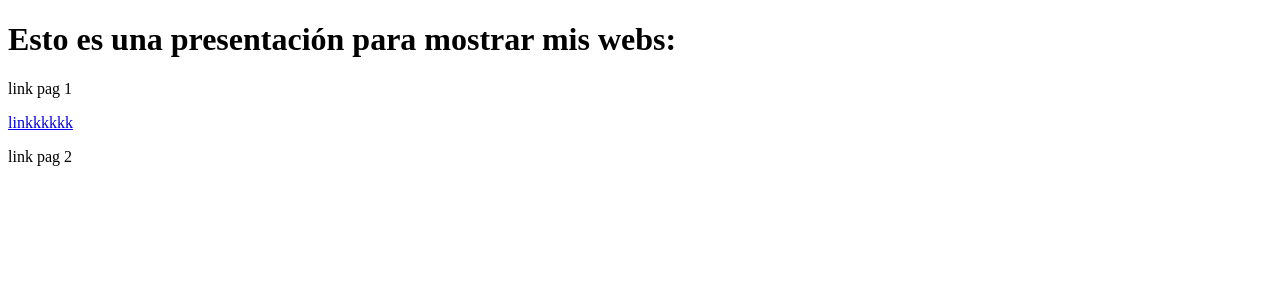
Repository: andresolivaalegre/BabelCamp
Page: Ej_4_Server/Ejercicio04/src/main/webapp/index.html
An editor plug-in stored every save of this project. The page is shown before and after the next save, followed by the edit.
The browser window is 1280 px wide. The pictures show the whole page.

Above is the page before, as saved 2022-03-09 12:46:56.

After the next save:
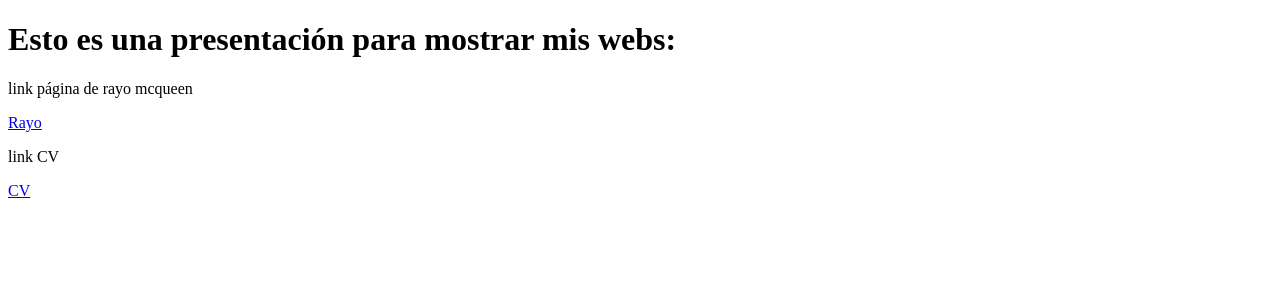
Saved 3 min 28 s later.
--- a/Ej_4_Server/Ejercicio04/src/main/webapp/index.html
+++ b/Ej_4_Server/Ejercicio04/src/main/webapp/index.html
@@ -7,9 +7,10 @@
 <body>
 <h1>Esto es una presentación para mostrar mis webs:</h1>
 
-<p>link pag 1</p>
-<a href="C:\Users\andres.oliva\Desktop\WS_html\Ejercicio04\src\main\webapp\mipagina.html">linkkkkkk</a>
-<p>link pag 2</p>
+<p>link página de rayo mcqueen</p>
+<a href="mipagina.html">Rayo</a>
+<p>link CV </p>
+<a href="cv.html">CV</a>
 
 </body>
 </html>
